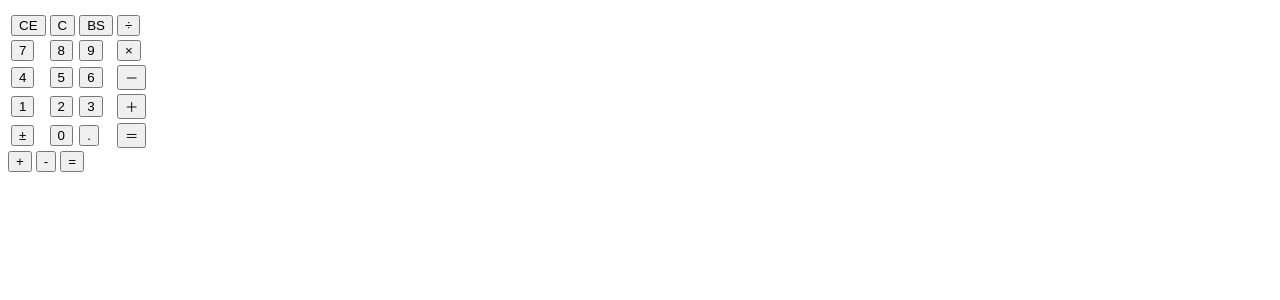
Repository: water-case/Servlet_JSP_JSPMVC
Page: workspace/JSPPrj/src/main/webapp/calc3.html
These files come from the project's save history. The page is drawn as it stood at one moment and after the next save; the edit follows.
The browser window is 1280 px wide. The pictures show the whole page.

Above is the page before, as saved 2021-08-26 03:50:37.

After the next save:
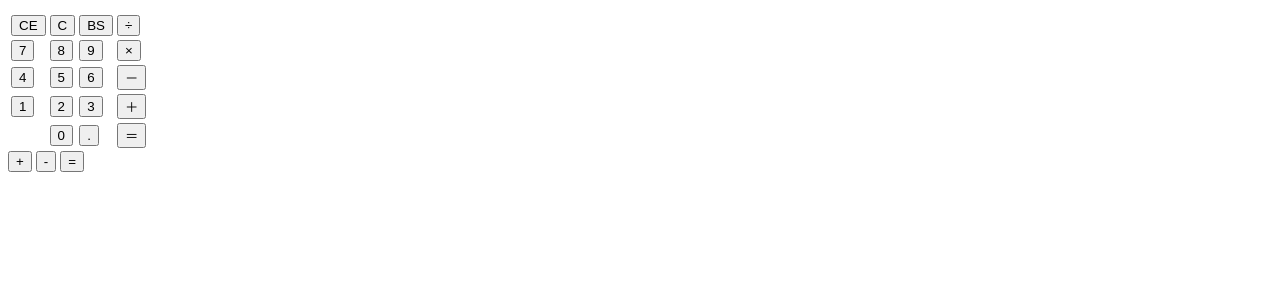
Saved 30 s later.
--- a/workspace/JSPPrj/src/main/webapp/calc3.html
+++ b/workspace/JSPPrj/src/main/webapp/calc3.html
@@ -36,7 +36,7 @@
 					<td><input type="submit" name="operator" value="＋" /></td>
 				</tr>
 				<tr>
-					<td><input type="submit" name="operator" value="±" /></td>
+					<td></td>
 					<td><input type="submit" name="operator" value="0" /></td>
 					<td><input type="submit" name="operator" value="." /></td>
 					<td><input type="submit" name="operator" value="＝" /></td>
